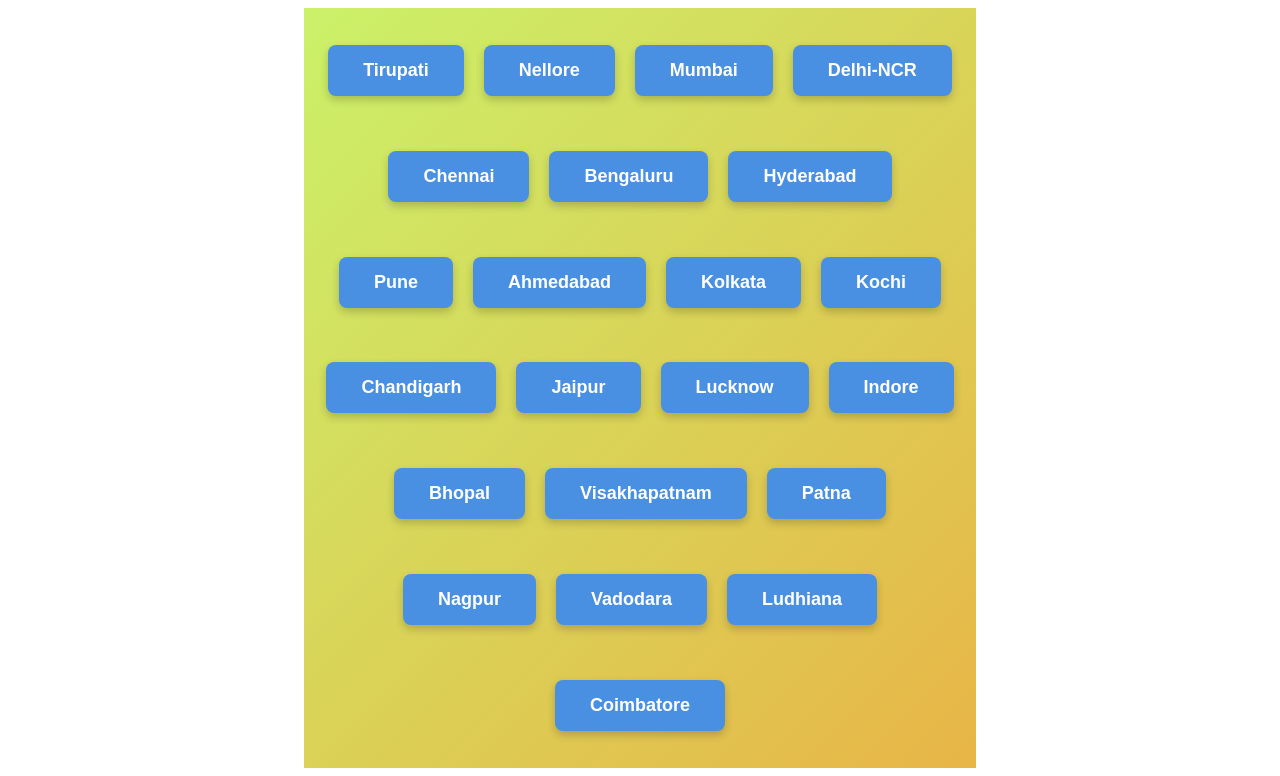
Repository: gnanaprasunag/MovieBookingApp
Page: /navigation (app in frontend/)
An editor plug-in stored every save of this project. The page is shown before and after the next save, followed by the edit.
The browser window is 1280 px wide. The pictures show the whole page.
The page's requests for data from a server got no answer. The project was rebuilt for these pictures with package versions that can differ from the ones it lists, and the page was loaded fresh each time. No one was signed in, and anything a server would have sent is missing. Also part of the build but not shown: frontend/src/components/PrivateRoute.js, frontend/src/components/AuthorizeRoute.js.

Above is the page before, as saved 2025-05-05 02:22:32.

### frontend/src/index.js
import React from 'react';
import ReactDOM from 'react-dom/client';
import App from './App';
import { BrowserRouter } from 'react-router-dom'
import { Provider } from 'react-redux';
import { store } from "./components/store";

store.subscribe(()=>{
  console.log("state",store.getState())
})

const root = ReactDOM.createRoot(document.getElementById('root'));
root.render(
  <BrowserRouter>
    <Provider store={store}>
      <App />
      </Provider>
  </BrowserRouter>
);

### frontend/src/App.js
import { Routes, Route } from 'react-router-dom';
import { ToastContainer } from 'react-toastify';
import 'react-toastify/dist/ReactToastify.css';
import { handleReload } from './components/regSlice';
import { useEffect, lazy, Suspense } from 'react';
import PrivateRoute from './components/PrivateRoute';
import AuthorizeRoute from './components/AuthorizeRoute';
import { useDispatch } from 'react-redux';
import {
    reloadMovies,
    reloadCastcrews,
    reloadSingledate,
    reloadTimeplaces,
    reloadBookinghistory,
    reloadRatings
} from './components/movieSlice';
import { useNavigate } from 'react-router-dom';

// Lazy-loaded components
const Register = lazy(() => import('./pages/registerLoginUserprofile/Register'));
const Login = lazy(() => import('./pages/registerLoginUserprofile/Login'));
const Profile = lazy(() => import('./pages/registerLoginUserprofile/Profile'));
const ListUsers = lazy(() => import('./pages/registerLoginUserprofile/ListUsers'));
const Forbidden = lazy(() => import('./pages/registerLoginUserprofile/Forbidden'));
const Direction = lazy(() => import('./pages/Direction'));

const MovieDetails = lazy(() => import('./pages/movieCreation/MovieDetails'));
const CastcrewDetails = lazy(() => import('./pages/castcrewCreation/CastcrewDetails'));
const TimeplaceDetails = lazy(() => import('./pages/timeplaceCreation/TimeplaceDetails'));
const BookingHistory = lazy(() => import('./pages/bookingHistory/BookingHistory'));
const UserBookingHistory = lazy(() => import('./pages/bookingHistory/UserBookingHistory'));
const RatingDetails = lazy(() => import('./pages/rating/RatingDetails'));
const Ratings = lazy(() => import('./pages/rating/Ratings'));
const AllRatings = lazy(() => import('./pages/rating/AllRatings'));

const Genre = lazy(() => import('./pages/Genre'));
const BrowseHere = lazy(() => import('./pages/BrowseHere'));
const Call = lazy(() => import('./pages/Call'));
const VoiceSearch = lazy(() => import('./pages/VoiceSearch'));
const InitialPage = lazy(() => import('./pages/InitialPage'));
const Navigation = lazy(() => import('./pages/Navigation'));
const FandQ = lazy(() => import('./pages/FandQ'));
const Pay = lazy(() => import('./pages/Pay'));
const Onmovieclick = lazy(() => import('./pages/Onmovieclick'));
const Onlocationclick = lazy(() => import('./pages/Onlocationclick'));
const Onbooktickets = lazy(() => import('./pages/Onbooktickets'));
const Onplaceclick = lazy(() => import('./pages/Onplaceclick'));
const Snack = lazy(() => import('./pages/Snack'));
const AllDetails = lazy(() => import('./pages/AllDetails'));
const BookingSummary = lazy(() => import('./pages/BookingSummary'));
const AvailableOffers = lazy(() => import('./pages/AvailableOffers'));
const ApplicableOffers = lazy(() => import('./pages/ApplicableOffers'));

function App() {
    const navigate = useNavigate();
    const dispatch = useDispatch();

    // Reload data and user session when app starts
    useEffect(() => {
        (async () => {
            try {
                console.log('before reload dispatch');
                console.log('in useEffect in app handleReload', handleReload);

                if (localStorage.getItem('token')) {
                    dispatch(handleReload());
                }
                dispatch(reloadMovies());
                dispatch(reloadCastcrews());
                dispatch(reloadTimeplaces());
                dispatch(reloadBookinghistory());
                dispatch(reloadRatings());
                dispatch(reloadSingledate());
            } catch (err) {
                console.log('error', err);
            }
        })();
    }, []);

    // Redirect "/" to /initialpage
    useEffect(() => {
        if (window.location.pathname === '/') {
            navigate('/initialpage');
        }
    }, []);

    return (
        <div className="App">
            <Suspense fallback={<div>Loading...</div>}>
                <Routes>
                    <Route path="/register" element={<Register />} />
                    <Route path="/login" element={<Login />} />
                    <Route path="/direction" element={<Direction />} />

                    <Route path="/moviedetails" element={<PrivateRoute><MovieDetails /></PrivateRoute>} />
                    <Route path="/castcrewdetails" element={<PrivateRoute><CastcrewDetails /></PrivateRoute>} />
                    <Route path="/timeplacedetails" element={<PrivateRoute><TimeplaceDetails /></PrivateRoute>} />
                    <Route path="/bookinghistory" element={<PrivateRoute><BookingHistory /></PrivateRoute>} />
                    <Route path="/userbookinghistory" element={<PrivateRoute><UserBookingHistory /></PrivateRoute>} />
                    <Route path="/ratingdetails" element={<PrivateRoute><RatingDetails /></PrivateRoute>} />
                    <Route path="/ratings" element={<Ratings />} />
                    <Route path="/allratings" element={<AllRatings />} />
                    <Route path="/alldetails" element={<PrivateRoute><AllDetails /></PrivateRoute>} />
                    <Route path="/availableoffers" element={<AvailableOffers />} />
                    <Route path="/applicableoffers" element={<PrivateRoute><ApplicableOffers /></PrivateRoute>} />
                    <Route path="/bookingsummmary" element={<PrivateRoute><BookingSummary /></PrivateRoute>} />
                    <Route path="/genre" element={<Genre />} />
                    <Route path="/browsehere" element={<BrowseHere />} />
                    <Route path="/call" element={<PrivateRoute><Call /></PrivateRoute>} />
                    <Route path="/snack" element={<PrivateRoute><Snack /></PrivateRoute>} />
                    <Route path="/voicesearch" element={<VoiceSearch />} />
                    <Route path="/navigation" element={<Navigation />} />
                    <Route path="/initialpage" element={<InitialPage />} />
                    <Route path="/profile" element={<PrivateRoute><Profile /></PrivateRoute>} />
                    <Route path="/fandq" element={<FandQ />} />
                    <Route path="/pay" element={<PrivateRoute><Pay /></PrivateRoute>} />
                    <Route path="/onmovieclick" element={<Onmovieclick />} />
                    <Route path="/onplaceclick" element={<Onplaceclick />} />
                    <Route path="/onlocationclick" element={<Onlocationclick />} />
                    <Route path="/onbooktickets" element={<Onbooktickets />} />

                    <Route path="/listusers" element={
                        <PrivateRoute>
                            <AuthorizeRoute roles={['admin', 'moderator']}>
                                <ListUsers />
                            </AuthorizeRoute>
                        </PrivateRoute>
                    } />

                    <Route path="/forbidden" element={<Forbidden />} />
                </Routes>
            </Suspense>
            <ToastContainer />
        </div>
    );
}

export default App;

### frontend/src/components/store.js
import { configureStore } from "@reduxjs/toolkit";
import userReducer from "./regSlice";
import movieReducer from "./movieSlice";

export const store = configureStore({
  reducer: {
    user: userReducer,
    movieSlice:movieReducer
  },
});

console.log(store.getState());

### frontend/src/components/regSlice.js
import { createSlice, createAsyncThunk } from '@reduxjs/toolkit';
import { toast } from 'react-toastify';
import axios from '../config/axios';

// ------------------------------
// 🟢 Async Thunks
// ------------------------------

const handleApiErrors = (err, rejectWithValue, defaultMsg = 'An error occurred') => {
    if (err.response?.data?.error) {
        return rejectWithValue({ serverErrors: [err.response.data.error] });
    } else if (err.response?.data?.errors) {
        const array = err.response.data.errors.map((ele) => ele.msg);
        return rejectWithValue({ serverErrors: array });
    } else {
        return rejectWithValue({ serverErrors: [defaultMsg] });
    }
};

export const handleEditProfile = createAsyncThunk(
    "users/handleEditProfile",
    async ({ editId, formData }, { rejectWithValue }) => {
        try {
            const response = await axios.put(
                `/api/users/change-profile/${editId}`,
                formData,
                { headers: { 'Authorization': localStorage.getItem('token') } }
            );
            return response.data;
        } catch (err) {
            return handleApiErrors(err, rejectWithValue, 'Failed to edit profile');
        }
    }
);

export const handleRegister = createAsyncThunk(
    "users/handleRegister",
    async (formData, { rejectWithValue }) => {
        try {
            const response = await axios.post('/api/users/register', formData);
            toast('Successfully Registered', { autoClose: 1000 });
            return response.data;
        } catch (err) {
            return handleApiErrors(err, rejectWithValue, 'Registration failed');
        }
    }
);

export const handleReload = createAsyncThunk(
    "users/handleReload",
    async (_, { rejectWithValue }) => {
        try {
            const response = await axios.get('/api/users/account', {
                headers: { 'Authorization': localStorage.getItem('token') }
            });
            return response.data;
        } catch (err) {
            return handleApiErrors(err, rejectWithValue, 'Failed to reload user data');
        }
    }
);

export const handlemailcheck = createAsyncThunk(
    "users/handleEmailcheck",
    async ({ email }, { rejectWithValue }) => {
        try {
            const response = await axios.post('/api/users/mailcheck', { email });
            return response.data;
        } catch (err) {
            return rejectWithValue({
                serverErrors: ['Email ID is not present']
            });
        }
    }
);

export const handleLogin = createAsyncThunk(
    "users/handleLogin",
    async (formData, { rejectWithValue }) => {
        try {
            const response = await axios.post('/api/users/login', formData, {
                headers: { 'Authorization': localStorage.getItem('token') }
            });
            localStorage.setItem('token', response.data.token);
            toast('Successfully logged in');
            return response.data;
        } catch (err) {
            return handleApiErrors(err, rejectWithValue, 'Login failed');
        }
    }
);

// ------------------------------
// 🟢 Slice
// ------------------------------

const initialState = {
    user: null,
    isLoggedin: false,
    error: null,
    status: "idle",
    editId: null
};

const userSlice = createSlice({
    name: "users",
    initialState,
    reducers: {
        handleEditId: (state, action) => {
            state.editId = action.payload;
        },
        handleLogout: (state) => {
            localStorage.removeItem('token');
            state.user = null;
            state.isLoggedin = false;
            state.error = null;
            state.editId = null;
            state.status = "idle";
            toast("Successfully logged out");
        },
        handleServerErrors: (state, action) => {
            state.error = action.payload;
        }
    },
    extraReducers: (builder) => {
        builder
            // Register
            .addCase(handleRegister.pending, (state) => {
                state.status = "loading";
            })
            .addCase(handleRegister.fulfilled, (state, action) => {
                state.status = "success";
                state.user = action.payload;
                state.error = null;
            })
            .addCase(handleRegister.rejected, (state, action) => {
                state.error = action.payload.serverErrors;
            })

            // Login
            .addCase(handleLogin.pending, (state) => {
                state.status = "loading";
            })
            .addCase(handleLogin.fulfilled, (state, action) => {
                state.isLoggedin = true;
                state.user = action.payload.user;
                state.error = null;
            })
            .addCase(handleLogin.rejected, (state, action) => {
                state.error = action.payload.serverErrors;
            })

            // Reload
            .addCase(handleReload.fulfilled, (state, action) => {
                state.isLoggedin = true;
                state.user = action.payload;
                state.error = null;
            })

            // Edit Profile
            .addCase(handleEditProfile.fulfilled, (state, action) => {
                state.editId = null;
                state.user = action.payload;
                state.error = null;
            })
            .addCase(handleEditProfile.rejected, (state, action) => {
                state.error = action.payload.serverErrors;
            });
    }
});

export const { handleLogout, handleServerErrors, handleEditId } = userSlice.actions;
export default userSlice.reducer;

### frontend/src/components/movieSlice.js
import { createSlice, createAsyncThunk } from '@reduxjs/toolkit';
import axios from '../config/axios';


const handleApiErrors = (err, rejectWithValue) => {
    if (err.response?.data?.error) {
        return rejectWithValue({ serverErrors: [err.response.data.error] });
    } else if (err.response?.data?.errors) {
        const array = err.response.data.errors.map(ele => ele.msg);
        return rejectWithValue({ serverErrors: array });
    } else {
        return rejectWithValue({ serverErrors: ['Unknown error occurred'] });
    }
};

export const reloadSingledate = createAsyncThunk(
    "movies/reloadSingledate",
    async (_, { rejectWithValue }) => {
        try {
            const response = await axios.get('/api/singledate');
            return response.data;
        } catch (err) {
            return handleApiErrors(err, rejectWithValue);
        }
    }
);

export const reloadMovies = createAsyncThunk(
    "movies/reloadMovies",
    async (_, { rejectWithValue }) => {
        try {
            const response = await axios.get('/api/movies');
            return response.data;
        } catch (err) {
            return handleApiErrors(err, rejectWithValue);
        }
    }
);

export const reloadCastcrews = createAsyncThunk(
    "movies/reloadCastcrews",
    async (_, { rejectWithValue }) => {
        try {
            const response = await axios.get('/api/castcrew');
            return response.data;
        } catch (err) {
            return handleApiErrors(err, rejectWithValue);
        }
    }
);

export const reloadTimeplaces = createAsyncThunk(
    "movies/reloadTimeplaces",
    async (_, { rejectWithValue }) => {
        try {
            const response = await axios.get('/api/timeplace');
            return response.data;
        } catch (err) {
            return handleApiErrors(err, rejectWithValue);
        }
    }
);

export const reloadBookinghistory = createAsyncThunk(
    "movies/reloadBookinghistory",
    async (_, { rejectWithValue }) => {
        try {
            const response = await axios.get('/api/bookinghistory');
            return response.data;
        } catch (err) {
            return handleApiErrors(err, rejectWithValue);
        }
    }
);

export const reloadRatings = createAsyncThunk(
    "movies/reloadRatings",
    async (_, { rejectWithValue }) => {
        try {
            const response = await axios.get('/api/rating');
            return response.data;
        } catch (err) {
            return handleApiErrors(err, rejectWithValue);
        }
    }
);

// ------------------------------
// 🟢 Slice
// ------------------------------

const initialState = {
    allmovies: null,
    allcastcrews: null,
    alltimeplaces: null,
    allbookinghistories: null,
    allratings: null,
    allsingledate: null,
    error: null,
    status: "idle",
    editId: null
};

const movieSlice = createSlice({
    name: "movies",
    initialState,
    reducers: {
        handleEditId: (state, action) => {
            state.editId = action.payload;
        },
        handleServerErrors: (state, action) => {
            state.error = action.payload;
        },
        moviesAfterEdit: (state, action) => {
            state.allmovies = action.payload;
        },
        castcrewAfterRemove: (state, action) => {
            state.allcastcrews = action.payload;
        },
        timeplaceAfterRemove: (state, action) => {
            state.alltimeplaces = action.payload;
        },
        ratingAfterRemove: (state, action) => {
            state.allratings = action.payload;
        }
    },
    extraReducers: (builder) => {
        builder
            .addCase(reloadMovies.pending, (state) => {
                state.status = "loading";
            })
            .addCase(reloadMovies.fulfilled, (state, action) => {
                state.allmovies = action.payload;
                state.status = "idle";
            })
            .addCase(reloadMovies.rejected, (state, action) => {
                state.error = action.payload?.serverErrors;
                state.status = "idle";
            })
            .addCase(reloadSingledate.fulfilled, (state, action) => {
                state.allsingledate = action.payload;
            })
            .addCase(reloadCastcrews.fulfilled, (state, action) => {
                state.allcastcrews = action.payload;
            })
            .addCase(reloadCastcrews.rejected, (state, action) => {
                state.error = action.payload?.serverErrors;
            })
            .addCase(reloadTimeplaces.fulfilled, (state, action) => {
                state.alltimeplaces = action.payload;
            })
            .addCase(reloadBookinghistory.fulfilled, (state, action) => {
                state.allbookinghistories = action.payload;
            })
            .addCase(reloadRatings.fulfilled, (state, action) => {
                state.allratings = action.payload;
            });
    }
});

export const {
    handleEditId,
    handleServerErrors,
    moviesAfterEdit,
    castcrewAfterRemove,
    timeplaceAfterRemove,
    ratingAfterRemove
} = movieSlice.actions;

export default movieSlice.reducer;

### frontend/src/pages/Navigation.js
import { useState } from "react";
import { useNavigate } from "react-router-dom";
import "./navigation.css"; // Assuming the CSS file is in the same directory

export default function Navigation() {
  const navigate = useNavigate();
  const [selectedLocation, setSelectedLocation] = useState("");

  const places = [
    "Tirupati",
    "Nellore",
    "Mumbai",
    "Delhi-NCR",
    "Chennai",
    "Bengaluru",
    "Hyderabad",
    "Pune",
    "Ahmedabad",
    "Kolkata",
    "Kochi",
    "Chandigarh",
    "Jaipur",
    "Lucknow",
    "Indore",
    "Bhopal",
    "Visakhapatnam",
    "Patna",
    "Nagpur",
    "Vadodara",
    "Ludhiana",
    "Coimbatore",
  ];

  const handleClick = (ele) => {
    setSelectedLocation(ele);
    navigate("/initialpage", { state: { selectedlocation: ele } });
  };

  return (
    <div className="navigation-container">
      {places.map((ele, i) => (
        <button
          key={i}
          onClick={() => handleClick(ele)}
          className="location-button"
        >
          {ele}
        </button>
      ))}
    </div>
  );
}

### frontend/src/config/axios.js
import axios from 'axios'
//we can create axios configuration object
export default axios.create({
    baseURL:'http://localhost:9213'
})

### frontend/src/pages/navigation.css
/* Full-page container styling */
.navigation-container {
    display: flex;
    flex-wrap: wrap;
    justify-content: center;
    align-items: center;
    min-height: 100vh;
    background: linear-gradient(135deg, #cbf169, #e8b547); /* Soft gradient */
    gap: 20px;
    padding: 20px;
    max-width:50%;
    margin:0 auto;
}

/* Location button styling */
.location-button {
    padding: 15px 35px;
    background-color: #4a90e2; /* Elegant blue */
    color: #fff;
    border: none;
    border-radius: 8px;
    font-size: 18px;
    font-weight: 600;
    cursor: pointer;
    box-shadow: 0 4px 8px rgba(0, 0, 0, 0.2);
    transition: all 0.3s ease;
    text-transform: capitalize;
}

/* Hover effect */
.location-button:hover {
    background-color: #357ABD;
    transform: translateY(-3px);
    box-shadow: 0 6px 12px rgba(0, 0, 0, 0.3);
}

/* Click effect */
.location-button:active {
    transform: translateY(0);
    box-shadow: 0 4px 8px rgba(0, 0, 0, 0.2);
}

Loaded but not shown: frontend/public/index.html (common file)

After the next save:
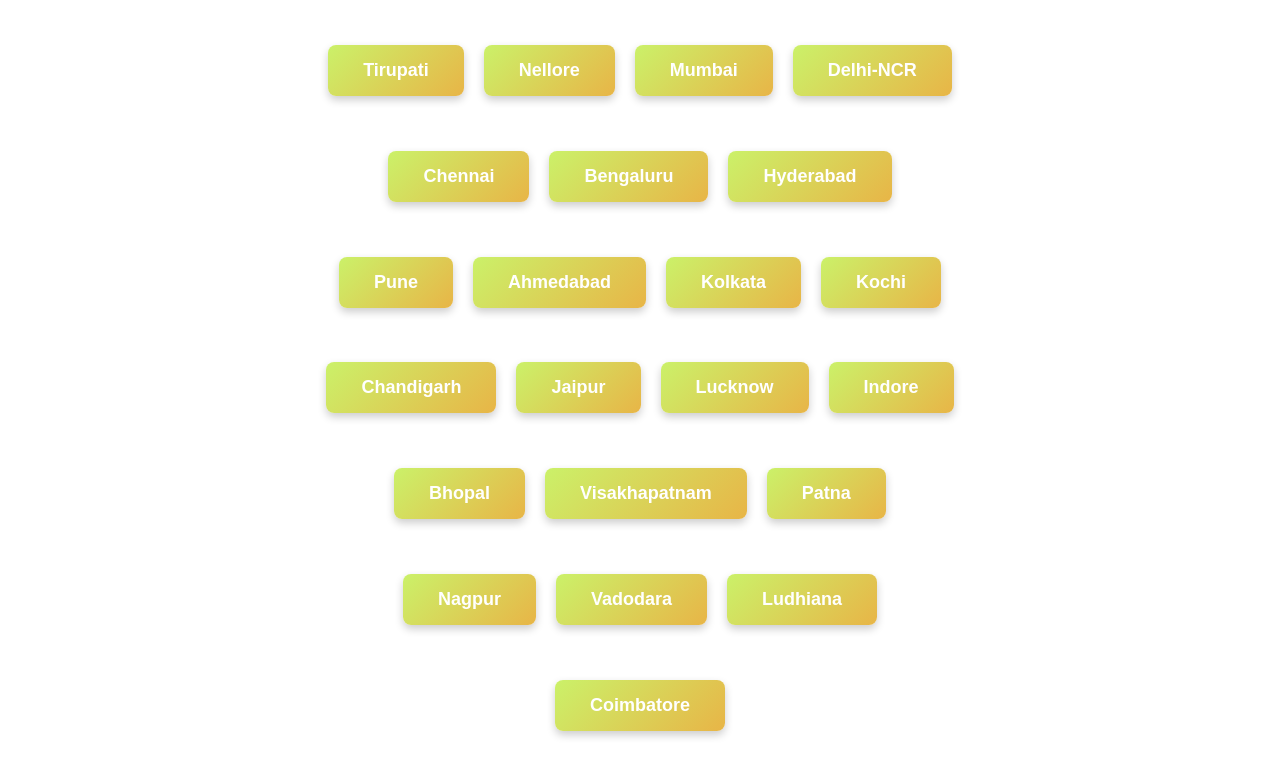
Saved 14 s later.
--- a/frontend/src/pages/navigation.css
+++ b/frontend/src/pages/navigation.css
@@ -5,7 +5,7 @@
     justify-content: center;
     align-items: center;
     min-height: 100vh;
-    background: linear-gradient(135deg, #cbf169, #e8b547); /* Soft gradient */
+
     gap: 20px;
     padding: 20px;
     max-width:50%;
@@ -15,7 +15,7 @@
 /* Location button styling */
 .location-button {
     padding: 15px 35px;
-    background-color: #4a90e2; /* Elegant blue */
+    background: linear-gradient(135deg, #cbf169, #e8b547); /* Soft gradient */
     color: #fff;
     border: none;
     border-radius: 8px;
